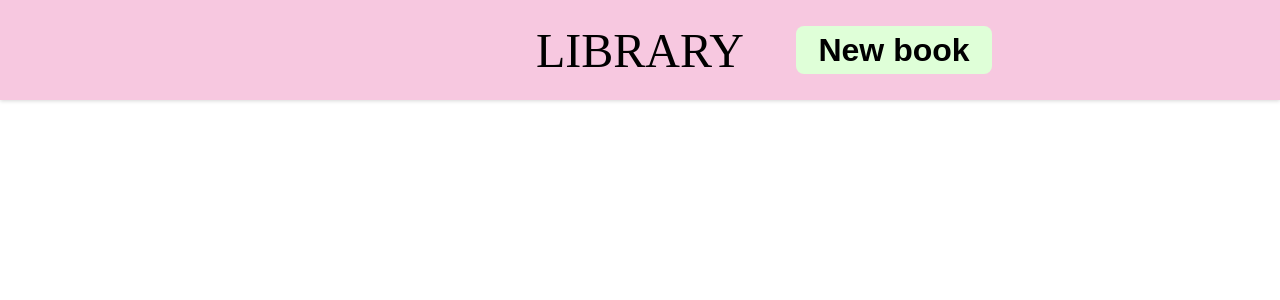
Repository: yeetzpxoci/library
Page: index.html
These files come from the project's save history. The page is drawn as it stood at one moment and after a run of saves; the edit follows.
The browser window is 1280 px wide. The pictures show the whole page.
Some web fonts or font styles are not loaded; a fallback is used.

Above is the page before, as saved 2023-02-21 16:42:28.

### index.html
<!DOCTYPE html>
<html lang="en">
<head>
    <meta charset="UTF-8">
    <meta http-equiv="X-UA-Compatible" content="IE=edge">
    <meta name="viewport" content="width=device-width, initial-scale=1.0">
    <title>Library</title>
    <link rel="stylesheet" href="styles.css">
    <link rel="preconnect" href="https://fonts.googleapis.com">
    <link rel="preconnect" href="https://fonts.gstatic.com" crossorigin>
    <link href="https://fonts.googleapis.com/css2?family=Roboto:wght@500&display=swap" rel="stylesheet">
    <link href="https://fonts.googleapis.com/css2?family=Gloock&display=swap" rel="stylesheet">
</head>
<body>
    <div class="header">
        <p></p>
        <p>LIBRARY</p>
        <button onclick="openForm()" id="newBook">New book</button>
    </div>

    <form id="input-form">
            <input type="text" name="title" id="title" placeholder="Title">
            <input type="text" name="author" id="author" placeholder="Author">
            <input type="number" name="pages" id="pages" placeholder="Pages">
            <div>
                <label for="read">Have you read it?</label>
                <input type="checkbox" name="read" id="read">
            </div>
            <button type="submit" id="add-button">Add</button>
    </form>

    <div id="cards">

    </div>
<script src="script.js"></script>
</body>
</html>

### styles.css
html, body {
    margin: 0;
    padding: 0;
}

body {
    display: flex;
    flex-direction: column;
    align-items: center;
    min-height: 100vh;
    background-color: white;
    font-family: 'Roboto', sans-serif;
}

.header {
    display: flex;
    align-items: center;
    justify-content: center;
    width: 100%;
    height: 100px;
    background-color: #F7C8E0;
    box-shadow: rgba(0, 0, 0, 0.16) 0px 1px 4px;
}

.header p {
    font-family: 'Gloock', serif;
    font-size: 48px;
}

#newBook {
    position: absolute;
    right: 288px;
    font-size: 32px;
    font-weight: bold;
    background-color: #DFFFD8;
    height: 48px;
    width:196px;
    border-radius: 8px;
    border-width: 0px;
}

#cards {
    display: grid;
    width: 50%;
    grid-template-columns: 1fr 1fr 1fr 1fr;
    gap: 32px;
    margin-top: 32px;
}

.card {
    width: 100%;
    height: 256px;
    background-color: #DFFFD8;
    font-size: 24px;
    border-radius: 8px;
    border-width: 0px;
    align-self: center;
    justify-self: center;
    box-shadow: rgba(0, 0, 0, 0.16) 0px 1px 4px;
    display: flex;
    flex-direction: column;
    align-items: center;
    justify-content: center;
    gap: 16px;
}

.card p {
    margin: 0px;
}


#input-form {
    position: absolute;
    margin-top: 12%;
    display: none;
    flex-direction: column;
    gap: 24px;
    background-color: #DFFFD8;
    padding: 16px;
}

### script.js
const title = document.getElementById("title")
const author = document.getElementById("author")
const pages = document.getElementById("pages")
const read = document.getElementById("read")
const cards = document.getElementById("cards")

let myLibrary = [];

function Book(title, author, pages, read) {
    this.title = title;
    this.author = author;
    this.pages = pages;
    this.read = read;
    this.info = function () {
        return title + " by " + author + ", " + String(pages) + " pages, not read yet"
    }
}

function addBookToLibrary() {
    let book = new Book(title.value, author.value, pages.value, read.checked);
    myLibrary.push(book);
    displayCards();
    document.getElementById("input-form").style.display = "none"
}

function addBookCard(book) {
    const newDiv = document.createElement("div");
    newDiv.className = "card";
    const newTitle = document.createElement("p");
    newTitle.innerHTML = book.title;
    const newAuthor = document.createElement("p");
    newAuthor.innerHTML = book.author;
    const newPages = document.createElement("p");
    newPages.innerHTML = book.pages;
    const newRead = document.createElement("p");
    newRead.innerHTML = book.read;
    newDiv.appendChild(newTitle);
    newDiv.appendChild(newAuthor);
    newDiv.appendChild(newPages);
    newDiv.appendChild(newRead);
    cards.appendChild(newDiv);
}

function resetCards() {
    document.getElementById("cards").innerHTML = "";
}

function displayCards() {
    resetCards();
    for (let i = 0; i < myLibrary.length; i++) {
        addBookCard(myLibrary[i]);
        console.log(myLibrary[i].title)
    }
}

function openForm() {
    document.getElementById("input-form").style.display = "flex"
    document.getElementById("input-form").style.boxShadow = "0px 0px 1px 5000px rgba(0, 0, 0, 0.8)"
}

document.addEventListener('mouseup', function (e) {
    var container = document.getElementById('input-form');
    if (!container.contains(e.target)) {
        container.style.display = 'none';
    }
});

document.getElementById("add-button").addEventListener("click", function (e) {
    addBookToLibrary();
    e.preventDefault();
});

After the next 2 saves:
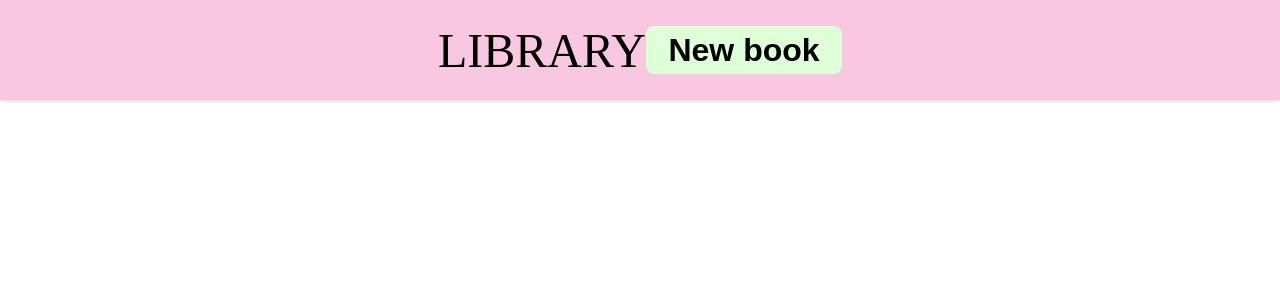
The 2 saves are shown as one change because they came seconds apart.
The last was saved 60 s later.
--- a/styles.css
+++ b/styles.css
@@ -28,8 +28,6 @@ body {
 }
 
 #newBook {
-    position: absolute;
-    right: 288px;
     font-size: 32px;
     font-weight: bold;
     background-color: #DFFFD8;
